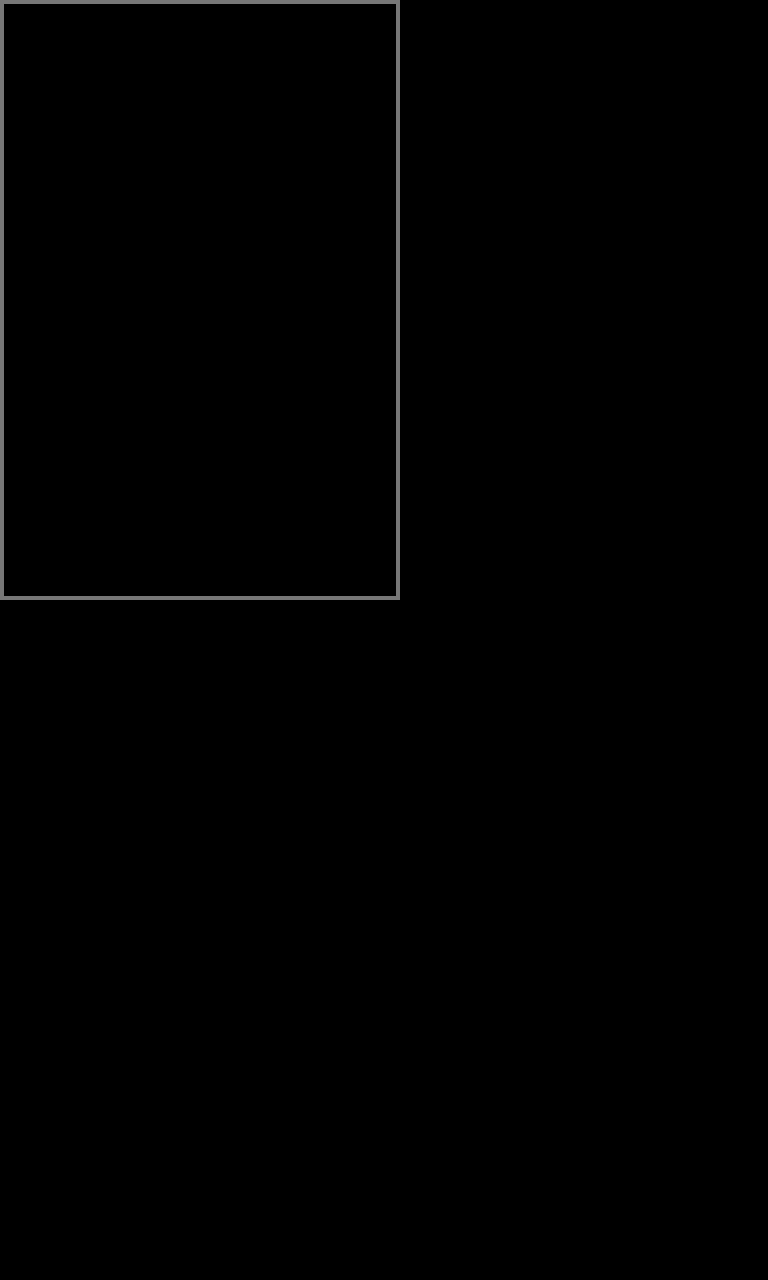
Repository: jellydiamonds/Proto
Layout: Android/CameraSafePreview/res/layout/selection.xml
These files come from the project's save history. The layout is drawn as it stood at one moment and after the next save; the edit follows.
It is drawn on a 768 x 1280 px phone screen (xhdpi) without system bars, with theme android:Theme.Black.NoTitleBar.Fullscreen; the app's code is not run.

Above is the layout before, as saved 2014-04-03 15:01:50.

After the next save:
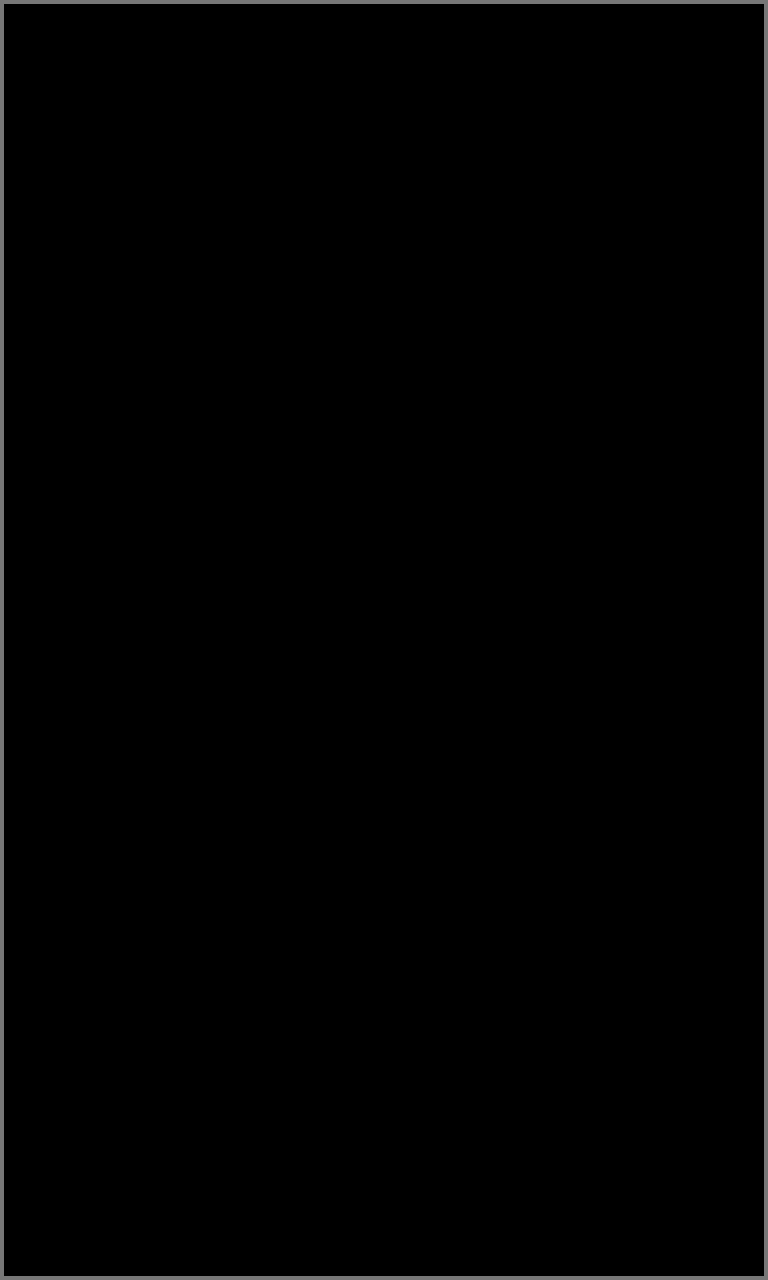
Saved 16 s later.
--- a/Android/CameraSafePreview/res/layout/selection.xml
+++ b/Android/CameraSafePreview/res/layout/selection.xml
@@ -7,8 +7,8 @@
 
     	<Button
 			    android:id="@+id/button_selection"
-				android:layout_width="200dp"
-				android:layout_height="300dp"
+				android:layout_width="match_parent"
+				android:layout_height="match_parent"
 				android:background="@drawable/picture_rect_selection"
 			    android:alpha="0.5"
 				 />
